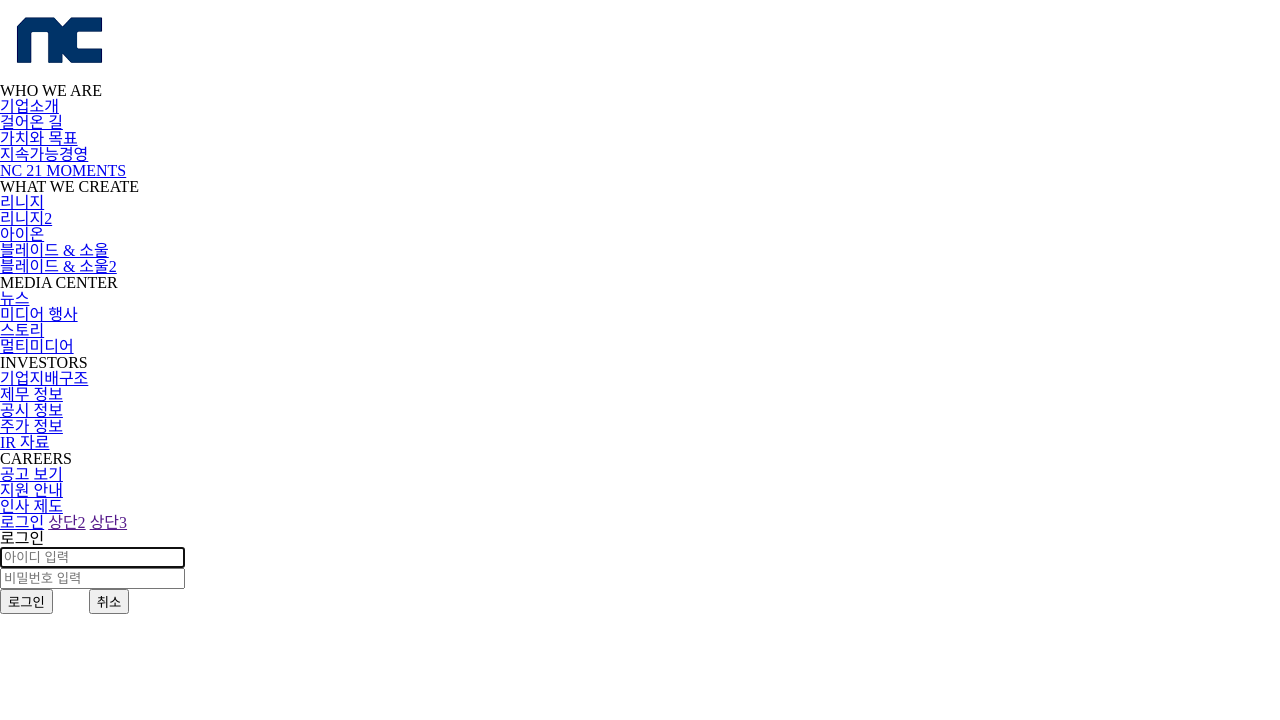
Repository: jyjoh97/SQL
Page: http://localhost/web01/login.jsp
These files come from the project's save history. The page is drawn as it stood at one moment and after the next save; the edit follows.
The browser window is 1280 px wide. The pictures show the whole page.
The page is served by Tomcat 9.

Above is the page before, as saved 2022-04-21 06:05:35.

After the next save:
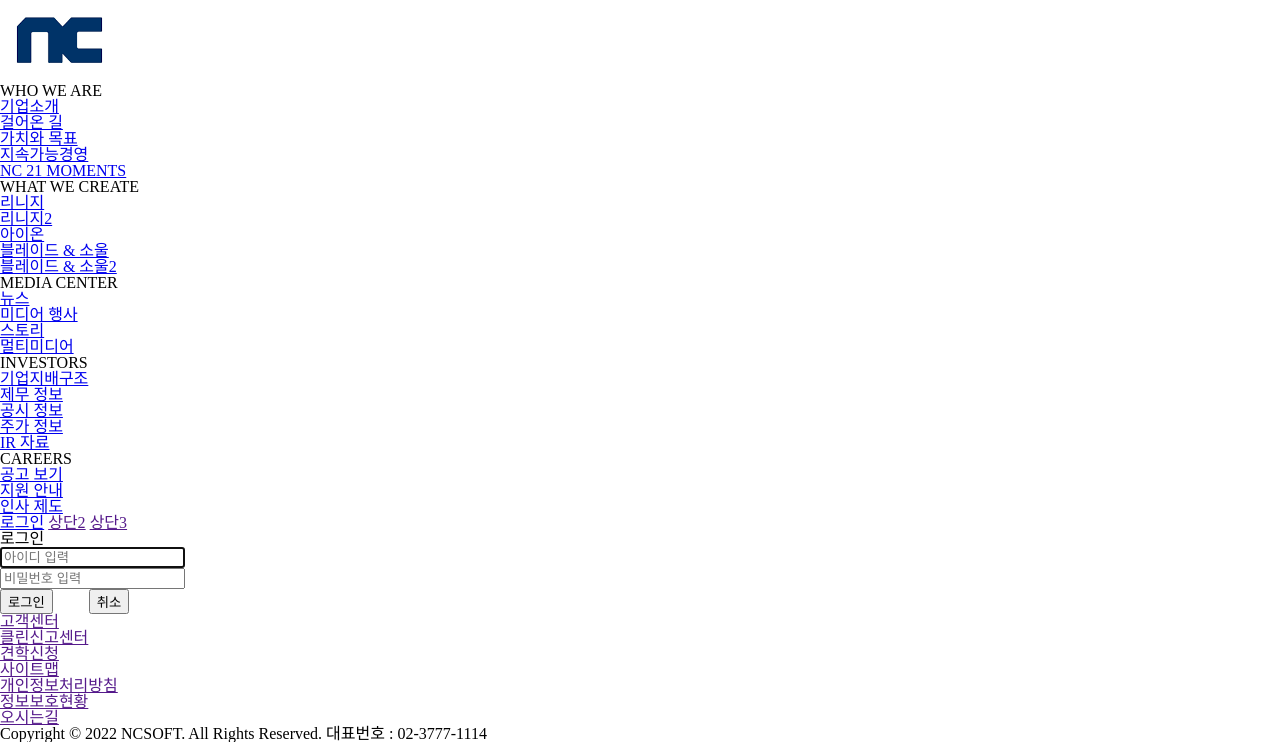
Saved 12 s later.
--- a/web01/src/main/webapp/login.jsp
+++ b/web01/src/main/webapp/login.jsp
@@ -29,7 +29,7 @@
 		</form>
 	</div>
 <footer id="ft">
-
+	<%@ include file="ft.jsp" %>
 </footer>
 
 </div>
